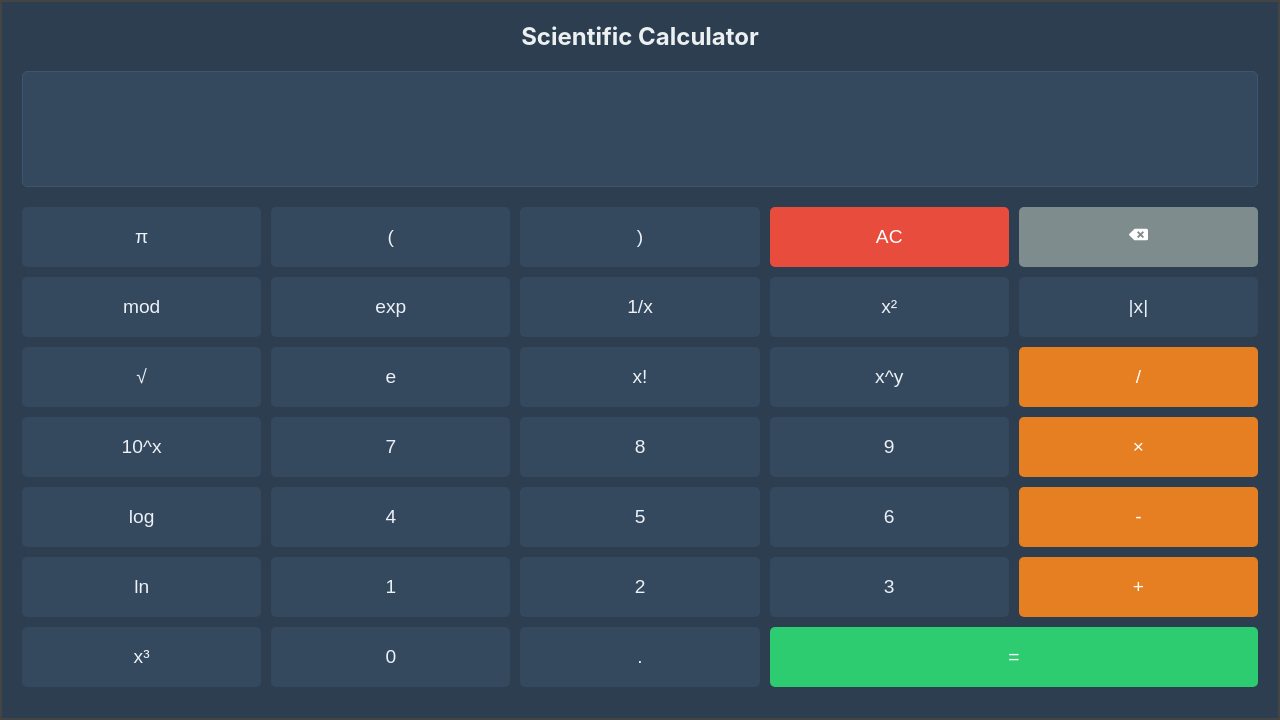
Repository: thesaherriaz/Calculator-React
Page: /
An editor plug-in stored every save of this project. The page is shown before and after the next save, followed by the edit.
The browser window is 1280 px wide. The pictures show the whole page.
The project was rebuilt for these pictures with package versions that can differ from the ones it lists, and the page was loaded fresh each time.

Above is the page before, as saved 2025-06-20 12:59:13.

After the next save:
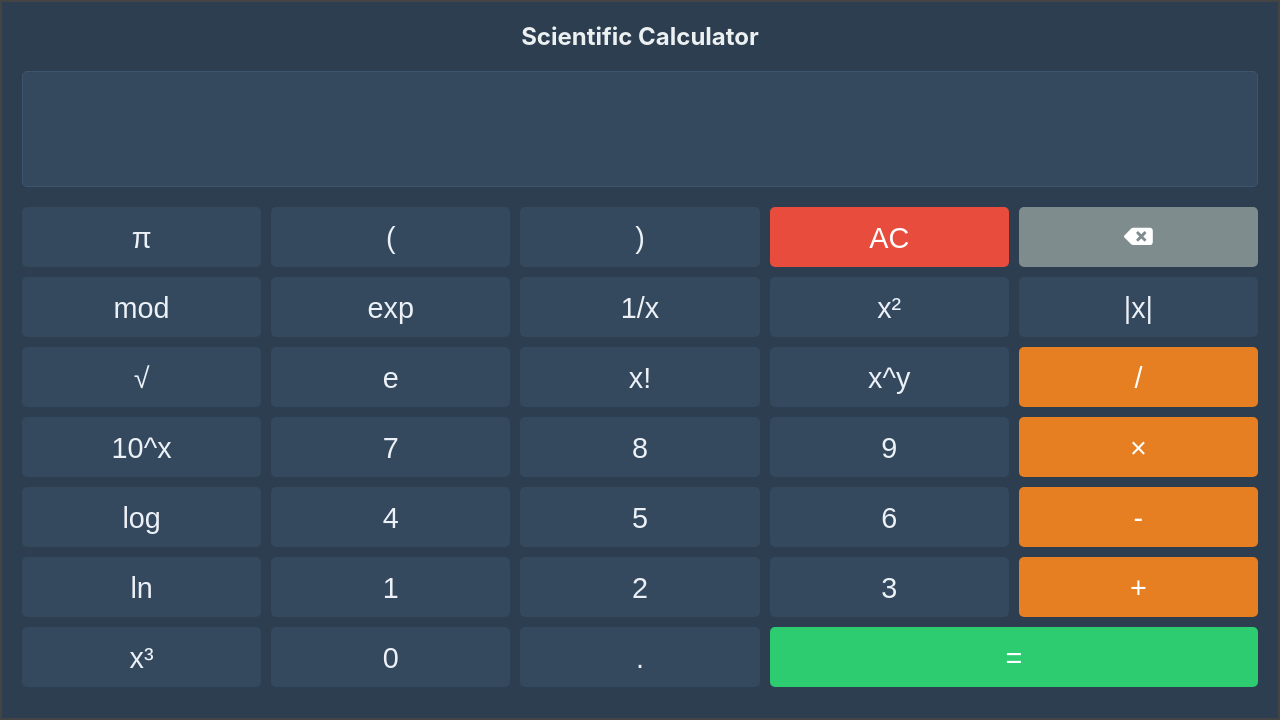
Saved 7 s later.
--- a/src/compnents/Calculator.css
+++ b/src/compnents/Calculator.css
@@ -57,7 +57,7 @@
 button {
     height: 60px;
     padding: 15px;
-    font-size: 1.2em;
+    font-size: 1.8em;
     border: none;
     border-radius: 5px;
     background-color: #34495e;
